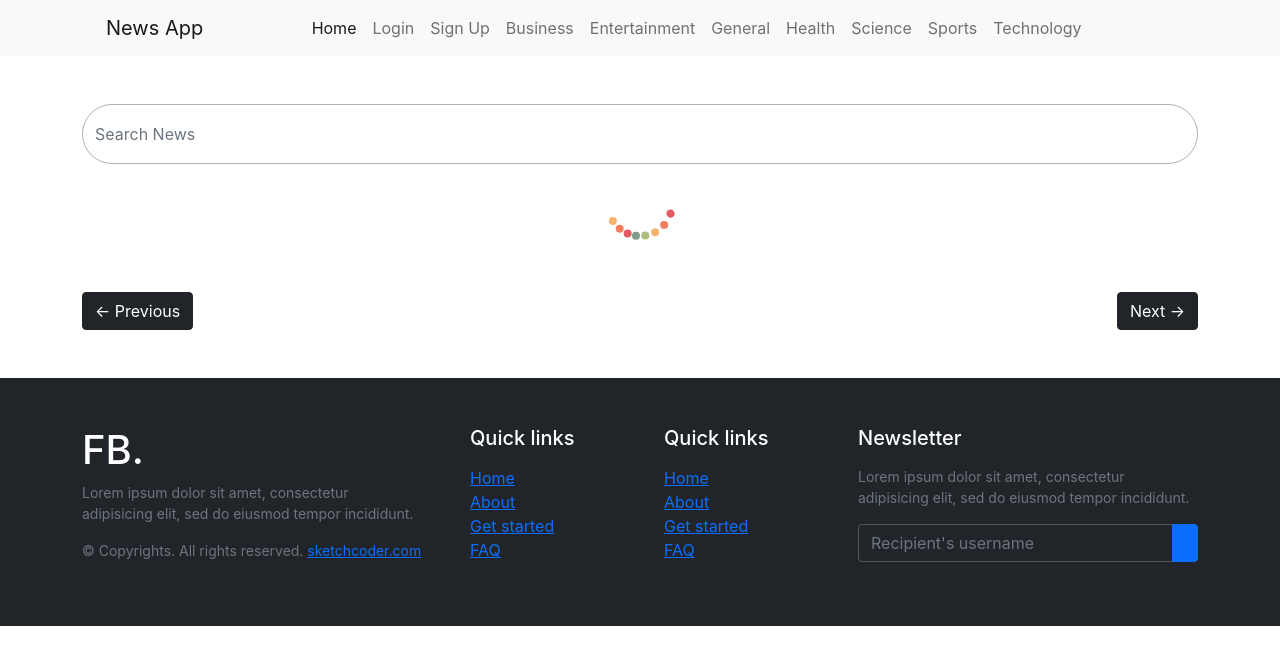
Repository: ZainAkbar51214/News-Site
Page: /
The author's editor kept a copy of each file at every save. The page is drawn from the files as they stood at one save, then again after the next save.
The browser window is 1280 px wide. The pictures show the whole page.
The first visible `.form-news` has the focus.
The page's requests for data from a server got no answer. The project was rebuilt for these pictures with package versions that can differ from the ones it lists, and the page was loaded fresh each time. No one was signed in, and anything a server would have sent is missing. Also part of the build but not shown: src/Components/pages/Login.jsx, src/Components/pages/SignUp.jsx, src/Components/Layouts/NewsItem.js.

Above is the page before, as saved 2023-12-18 04:40:24.

### public/index.html
<!DOCTYPE html>
<html lang="en">
  <head>
    <meta charset="utf-8" />
    <link rel="icon" href="%PUBLIC_URL%/favicon.ico" />
    <meta name="viewport" content="width=device-width, initial-scale=1" />
    <meta name="theme-color" content="#000000" />
    <meta
      name="description"
      content="Web site created using create-react-app"
    />
    <link rel="apple-touch-icon" href="%PUBLIC_URL%/logo192.png" />

    <link rel="manifest" href="%PUBLIC_URL%/manifest.json" />

    <title>News App</title>
    <!-- Bootstrap cdn -->
    <link href="https://cdn.jsdelivr.net/npm/bootstrap@5.0.2/dist/css/bootstrap.min.css" rel="stylesheet" integrity="sha384-EVSTQN3/azprG1Anm3QDgpJLIm9Nao0Yz1ztcQTwFspd3yD65VohhpuuCOmLASjC" crossorigin="anonymous">
  </head>
  <body>
    <noscript>You need to enable JavaScript to run this app.</noscript>
    <div id="root"></div>


    <!-- Bootstrap Script -->
    <script src="https://cdn.jsdelivr.net/npm/@popperjs/core@2.9.2/dist/umd/popper.min.js" integrity="sha384-IQsoLXl5PILFhosVNubq5LC7Qb9DXgDA9i+tQ8Zj3iwWAwPtgFTxbJ8NT4GN1R8p" crossorigin="anonymous"></script>
<script src="https://cdn.jsdelivr.net/npm/bootstrap@5.0.2/dist/js/bootstrap.min.js" integrity="sha384-cVKIPhGWiC2Al4u+LWgxfKTRIcfu0JTxR+EQDz/bgldoEyl4H0zUF0QKbrJ0EcQF" crossorigin="anonymous"></script>
  </body>
</html>

### src/App.js
import React from "react";
import {
  BrowserRouter as Router,
  Switch,
  Route
} from "react-router-dom";
import Navbar from './Components/Header/Navbar';
import Footer from './Components/Footer/Footer';
import Login from "./Components/pages/Login";
import SignUp from "./Components/pages/SignUp";
import News from "./Components/Layouts/News";

function App() {
  return (
    <Router>
      <Navbar />
        <Switch>
          <Route path="/" exact><News key="general" pageSize={5} country="in" category="general" /></Route>
          <Route path="/business" exact><News key="business" pageSize={5} country="in" category="business" /></Route>
          <Route path="/entertainment" exact><News key="entertainment" pageSize={5} country="in" category="entertainment" /></Route>
          <Route path="/health" exact><News key="health" pageSize={5} country="in" category="health" /></Route>
          <Route path="/science" exact><News key="science" pageSize={5} country="in" category="science" /></Route>
          <Route path="/sports" exact><News key="sports" pageSize={5} country="in" category="sports" /></Route>
          <Route path="/technology" exact><News key="technology" pageSize={5} country="in" category="technology" /></Route>
          <Route path="/login">
            <Login />
          </Route>
          <Route path="/sign-up">
            <SignUp />
          </Route>
        </Switch>
      <Footer />
  </Router>
  );
}

export default App;

### src/Components/Header/Navbar.jsx
import React, { Component } from 'react';
import { Link } from 'react-router-dom';

class Navbar extends Component {
    render() {
        return (
            <div>
                <div className="container-fluid bg-light">
                <div className="container">
                    <div className="row">
                        <div className="col-md-12">
                            <nav className="navbar navbar-expand-lg navbar-light">
                                <div className="container-fluid">
                                    <Link className="navbar-brand" to="/">News App</Link>
                                    <button className="navbar-toggler" type="button" data-bs-toggle="collapse" data-bs-target="#navbarSupportedContent" aria-controls="navbarSupportedContent" aria-expanded="false" aria-label="Toggle navigation">
                                        <span className="navbar-toggler-icon"></span>
                                    </button>
                                    <div className="collapse navbar-collapse" id="navbarSupportedContent">
                                        <ul className="navbar-nav mx-auto mb-2 mb-lg-0">
                                            <li className="nav-item">
                                                <Link className="nav-link active" aria-current="page" to="/">Home</Link>
                                            </li>
                                            <li className="nav-item">
                                                <Link className="nav-link" to="/login">Login</Link>
                                            </li>
                                            <li className="nav-item">
                                                <Link className="nav-link" to="/sign-up">Sign Up</Link>
                                            </li>
                                            <li className="nav-item">
                                                <Link className="nav-link" to="/business">Business</Link>
                                            </li>
                                            <li className="nav-item">
                                                <Link className="nav-link" to="/entertainment">Entertainment</Link>
                                            </li>
                                            <li className="nav-item">
                                                <Link className="nav-link" to="/">General</Link>
                                            </li>
                                            <li className="nav-item">
                                                <Link className="nav-link" to="/health">Health</Link>
                                            </li>
                                            <li className="nav-item">
                                                <Link className="nav-link" to="/science">Science</Link>
                                            </li>
                                            <li className="nav-item">
                                                <Link className="nav-link" to="/sports">Sports</Link>
                                            </li>
                                            <li className="nav-item">
                                                <Link className="nav-link" to="/technology">Technology</Link>
                                            </li>
                                        </ul>
                                    </div>
                                </div>
                            </nav>
                        </div>
                    </div>
                </div>
            </div>
            </div>
        );
    }
}

export default Navbar;

### src/Components/Footer/Footer.jsx
import React from "react";
import { Link } from "react-router-dom";
import '../Footer/Footer.css';

const Navbar = () => {
    return (
        <>
            <div className="d-flex flex-column h-100" style={{overflow: 'hidden'}}>
                {/* <!-- FOOTER --> */}
                <footer className="w-100 py-4 flex-shrink-0">
                    <div className="container py-4">
                        <div className="row gy-4 gx-5">
                            <div className="col-lg-4 col-md-6">
                                <h5 className="h1 text-white">FB.</h5>
                                <p className="small text-muted">Lorem ipsum dolor sit amet, consectetur adipisicing elit, sed do eiusmod tempor incididunt.</p>
                                <p className="small text-muted mb-0">&copy; Copyrights. All rights reserved. <Link className="text-primary" to="https://sketchcoder.com" target="_blank">sketchcoder.com</Link></p>
                            </div>
                            <div className="col-lg-2 col-md-6">
                                <h5 className="text-white mb-3">Quick links</h5>
                                <ul className="list-unstyled text-muted">
                                    <li><Link to="#">Home</Link></li>
                                    <li><Link to="#">About</Link></li>
                                    <li><Link to="#">Get started</Link></li>
                                    <li><Link to="#">FAQ</Link></li>
                                </ul>
                            </div>
                            <div className="col-lg-2 col-md-6">
                                <h5 className="text-white mb-3">Quick links</h5>
                                <ul className="list-unstyled text-muted">
                                    <li><Link to="#">Home</Link></li>
                                    <li><Link to="#">About</Link></li>
                                    <li><Link to="#">Get started</Link></li>
                                    <li><Link to="#">FAQ</Link></li>
                                </ul>
                            </div>
                            <div className="col-lg-4 col-md-6">
                                <h5 className="text-white mb-3">Newsletter</h5>
                                <p className="small text-muted">Lorem ipsum dolor sit amet, consectetur adipisicing elit, sed do eiusmod tempor incididunt.</p>
                                <form action="#">
                                    <div className="input-group mb-3">
                                        <input className="form-control" type="text" placeholder="Recipient's username" aria-label="Recipient's username" aria-describedby="button-addon2" />
                                        <button className="btn btn-primary" id="button-addon2" type="button"><i className="fas fa-paper-plane"></i></button>
                                    </div>
                                </form>
                            </div>
                        </div>
                    </div>
                </footer>
            </div>
        </>
    )
}

export default Navbar;

### src/Components/Layouts/News.js
import React, { Component } from 'react';
import NewsItem from './NewsItem';
import Spinner from '../Spinner';
import PropTypes from 'prop-types';

class News extends Component {

    static defaultProps = {
        country: 'in',
        pageSize: 8,
        category: 'general'
      }
    static propTypes = {
        country: PropTypes.string,
        pageSize: PropTypes.number,
        category: PropTypes.string,

      }

    constructor(){
        super();
        this.state = {
            articles: [],
            loading: false,
            page: 1
        }
    }

    async componentDidMount(){
        let url =    `https://newsapi.org/v2/top-headlines?country=${this.props.country}&category=${this.props.category}&apiKey=e5869a5b7afe45f0975749f435cea4b5&page=${this.state.page - 1}&pageSize=${this.props.pageSize}`;
        this.setState({loading: true});
        let data = await fetch(url);
        let passData = await data.json();
        console.log(passData);
        this.setState({
            articles: passData.articles,
            totalResults: passData.totalResults,
            loading: false
        })

    }

    handPrevClick = async () => {
        console.log("prev");
        let url =    `https://newsapi.org/v2/top-headlines?country=${this.props.country}&category=${this.props.category}&apiKey=e5869a5b7afe45f0975749f435cea4b5&page=${this.state.page - 1}&pageSize=${this.props.pageSize}`;
        this.setState({loading: true});
        let data = await fetch(url);
        let passData = await data.json();
        console.log(passData);

        this.setState({
            page: this.state.page - 1,
            articles: passData.articles,
            loading: false
        })
    }
    handNextClick = async () => {
        console.log("Next");
        if(!(this.state.page + 1 > Math.ceil(this.state.totalResults/this.props.pageSize))){

        let url =  `https://newsapi.org/v2/top-headlines?country=${this.props.country}&category=${this.props.category}&apiKey=e5869a5b7afe45f0975749f435cea4b5&page=${this.state.page + 1}&pageSize=${this.props.pageSize}`;
        this.setState({loading: true});
        let data = await fetch(url);
        let passData = await data.json();
        console.log(passData);

        this.setState({
            page: this.state.page + 1,
            articles: passData.articles,
            loading: false
        })
        }
    }



    render() {
        return (
            <div className='container-fluid'>
                <div className='container'>
                    <div className='row'>
                        <div className='col-lg-12 mt-5'>
                            <input type='search' placeholder='Search News' className='form-control form-news' />
                        </div>
                    </div>
                    {
                        this.state.loading &&
                        <div className='row'>
                            <div className='col-lg-12 text-center'>
                                <Spinner />
                            </div>
                        </div>
                    }
                    <div className='row'>
                        {!this.state.loading && this.state.articles.map((element) => {
                           return element.urlToImage?<div className='col-lg-4 col-md-6 mt-5' key={element.url}>
                           <NewsItem title={element.title?element.title.slice(0, 45): ""} description={element.description?element.description.slice(0, 86): ""} imageUrl={element.urlToImage} newsUrl={element.url} />
                       </div>
                       :""
                        })}

                    </div>

                   <div className='row'>
                   <div className='col-lg-12 d-flex justify-content-between mt-5 mb-5'>
                        <button disabled={this.state.page<1} type='button' className='btn btn-dark' onClick={this.handPrevClick}>&larr; Previous</button>
                        <button disabled={this.state.page + 1 > Math.ceil(this.state.totalResults/this.props.pageSize)} type='button' className='btn btn-dark' onClick={this.handNextClick}>Next &rarr;</button>
                    </div>
                   </div>
                </div>
            </div>
        );
    }
}

export default News;

### src/Components/Footer/Footer.css
/* ==========================================
    FOR DEMO PURPOSE
  ========================================== */

  .text-small {
    font-size: 0.9rem;
  }

  .form-control {
    background: #212529;
    border-color: #545454;
  }

  .form-control:focus {
    background: #212529;
  }

  footer {
    background: #212529;
  }

### src/Components/Spinner.jsx
import React, { Component } from 'react';
import loading from '../img/index.svg';

class Spinner extends Component {
    render() {
        return (
            <div>
                <img src={loading} alt="loading" />
            </div>
        );
    }
}

export default Spinner;

### src/App.css
.App {
  text-align: center;
}

.App-logo {
  height: 40vmin;
  pointer-events: none;
}

@media (prefers-reduced-motion: no-preference) {
  .App-logo {
    animation: App-logo-spin infinite 20s linear;
  }
}

.App-header {
  background-color: #282c34;
  min-height: 100vh;
  display: flex;
  flex-direction: column;
  align-items: center;
  justify-content: center;
  font-size: calc(10px + 2vmin);
  color: white;
}

.App-link {
  color: #61dafb;
}

@keyframes App-logo-spin {
  from {
    transform: rotate(0deg);
  }
  to {
    transform: rotate(360deg);
  }
}

/* Login Css */
.bg-login{
  background: rgb(34,193,195);
  background: linear-gradient(135deg, rgba(34,193,195,1) 0%,     rgba(253,187,45,1) 100%);
  font-family: "work sans";
  padding: 100px 0;
  display: flex;
  justify-content: center;
}
#loginform{
  max-width: 500px;
  min-width: 300px;
  width: 30%;
  background-color: #FFFFFF;
  border-radius: 25px;
}

#headerTitle{
  text-align: center;
  font-family: 'open sans', sans-serif;
  padding: 2rem 0;
  margin: 0;
  font-size: 2rem;
}

.row-lab{
  display: flex;
  flex-direction: column;
  align-items: center;
  padding-top: 2rem;
  max-width: 100%;

}

.row-lab input{
  width: 80%;
  box-sizing: border-box;
	border: none;
  font-size: 1.3rem;
  padding-left: 1.5rem;
  padding-bottom: 1rem;
  box-shadow: inset 0px -3px 0px 0px rgba(187,187,187,0.2);
  transition: box-shadow 0.2s ease-in;
}

.row-lab input:focus{
   box-shadow: inset 0px -3px 0px 0px rgba(34,193,195,0.7);
   outline: none;
}

.row-lab input::-webkit-input-placeholder{
  opacity: 1;
  transition: opacity 0.25s ease-out;
}

.row-lab input:hover::-webkit-input-placeholder,
.row-lab input:focus::-webkit-input-placeholder{
  opacity: 0;
}

.row-lab label{
  align-self: start;
  padding-left: 4.5rem;
  padding-bottom: 0.5rem;
  color: rgba(187,187,187,0.9);
}

.row-lab button{
  border-radius: 25px;
  width: 80%;
  height: 40px;
  font-size: 1.3rem;
  color: white;
  font-weight: 700;
  background: rgb(34,193,195);
  background: linear-gradient(90deg, rgba(34,193,195,1) 0%,     rgba(253,187,45,1) 100%);
  border: 0px;
  cursor: pointer;
  transition: opacity 0.25s ease-out;
}

.row-lab button:hover{
  opacity: 0.8;
}

#button{
  padding-bottom: 1.5rem;
}

#facebookIcon{
  background-image:      url("https://image.flaticon.com/icons/svg/145/145802.svg");
  background-repeat: no-repeat;
  width: 3rem;
  height: 3rem;
}

#twitterIcon{
  background-image: url("https://image.flaticon.com/icons/svg/145/145812.svg");
  background-repeat: no-repeat;
  width: 3rem;
  height: 3rem;
}

#googleIcon{
  background-image: url("https://image.flaticon.com/icons/svg/145/145804.svg");
  background-repeat: no-repeat;
  width: 3rem;
  height: 3rem;
}

#iconGroup{
  display: flex;
  justify-content: center;
  padding: 2rem 0;
}

#iconGroup a{
  margin: 0 0.6rem;
}

#alternativeLogin {
   text-align: center;
   padding-top: 2rem;
   margin-top: 1.5rem;
}


/* News Css start */
.form-news{
  height: 60px;
  border-radius: 100px;
  background-color: transparent;
  border: 1px solid rgb(0, 0, 0, 0.3);
}
.form-news:focus{
  height: 60px;
  border-radius: 100px;
  background-color: transparent;
  border: 1px solid rgb(0, 0, 0, 0.3);
  box-shadow: none;
}

Loaded but not shown: src/index.js (common file); src/index.css (common file); src/reportWebVitals.js (common file); public/manifest.json (common file)

After the next save:
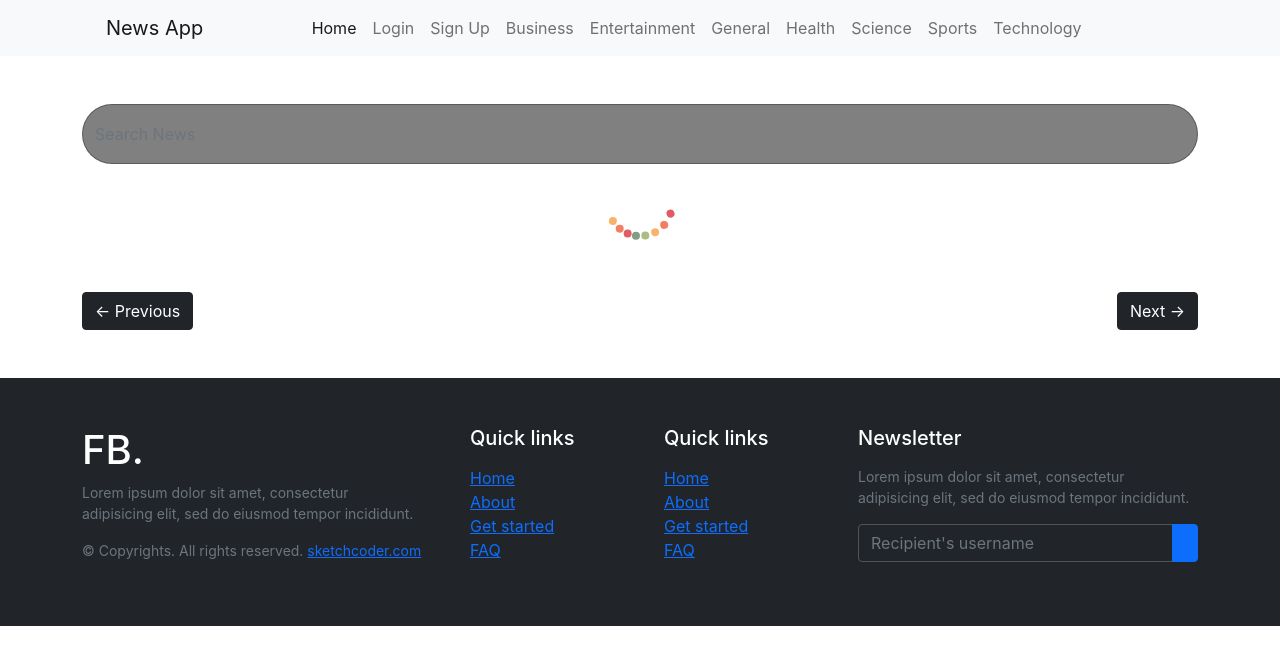
Saved 38 s later.
--- a/src/App.css
+++ b/src/App.css
@@ -177,4 +177,5 @@
   background-color: transparent;
   border: 1px solid rgb(0, 0, 0, 0.3);
   box-shadow: none;
+  background-color: rgb(128, 128, 128);
 }
